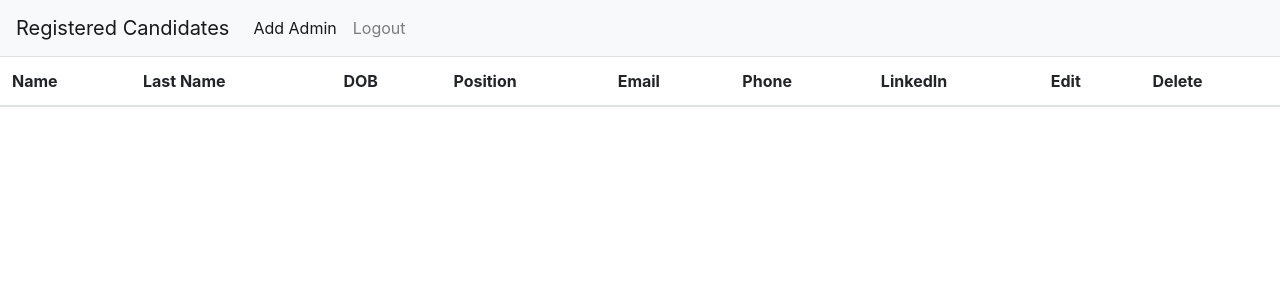
Repository: vinayvinay25794/RegistrationDemo
Page: http://localhost/allRegistrations
An editor plug-in stored every save of this project. The page is shown before and after the next save, followed by the edit.
The browser window is 1280 px wide. The pictures show the whole page.
Some web libraries are served in a nearby version. The page is this project's Thymeleaf template; nobody is signed in. The template is opened directly, without the code that normally fills it, so the values that code supplies are empty.

Above is the page before, as saved 2021-03-18 12:58:52.

### Hibernate/src/main/resources/templates/allRegistrations.html
<!DOCTYPE html>
<html xmlns:th="http://www.thymeleaf.org">
<head>
<meta charset="ISO-8859-1">
<title>Registration</title>
<link rel="stylesheet" href="https://maxcdn.bootstrapcdn.com/bootstrap/4.0.0/css/bootstrap.min.css" integrity="sha384-Gn5384xqQ1aoWXA+058RXPxPg6fy4IWvTNh0E263XmFcJlSAwiGgFAW/dAiS6JXm" crossorigin="anonymous">
<script src="https://code.jquery.com/jquery-3.2.1.slim.min.js" integrity="sha384-KJ3o2DKtIkvYIK3UENzmM7KCkRr/rE9/Qpg6aAZGJwFDMVNA/GpGFF93hXpG5KkN" crossorigin="anonymous"></script>
<script src="https://cdnjs.cloudflare.com/ajax/libs/popper.js/1.12.9/umd/popper.min.js" integrity="sha384-ApNbgh9B+Y1QKtv3Rn7W3mgPxhU9K/ScQsAP7hUibX39j7fakFPskvXusvfa0b4Q" crossorigin="anonymous"></script>
<script src="https://maxcdn.bootstrapcdn.com/bootstrap/4.0.0/js/bootstrap.min.js" integrity="sha384-JZR6Spejh4U02d8jOt6vLEHfe/JQGiRRSQQxSfFWpi1MquVdAyjUar5+76PVCmYl" crossorigin="anonymous"></script>
</head>
<body>

 	<nav class="navbar navbar-expand-lg navbar-light bg-light">
  <a class="navbar-brand" href="#" th:href="@{/}"> Registered Candidates </a>
  <button class="navbar-toggler" type="button" data-toggle="collapse" data-target="#navbarSupportedContent" aria-controls="navbarSupportedContent" aria-expanded="false" aria-label="Toggle navigation">
    <span class="navbar-toggler-icon"></span>
  </button>

  <div class="collapse navbar-collapse" id="navbarSupportedContent">
    <ul class="navbar-nav mr-auto">
      <li class="nav-item active">
        <a class="nav-link" href="/" th:href="@{/registration}">Add Admin <span class="sr-only">(current)</span></a>
      </li>
      <li class="nav-item">
        <a class="nav-link" th:href="@{/logout}">Logout</a>
      </li>
      </ul>
  </div>
</nav>


<!--
	<nav class="navbar navbar-inverse">
	  <div class="container-fluid">
	    <div class="navbar-header">
	      <button type="button" class="navbar-toggle " data-toggle="collapse" data-target="#navbar" arira-expanded="false" aria-contriols="navbar">
	        <span class="icon-bar"></span>
	        <span class="icon-bar"></span>
	        <span class="icon-bar"></span>
	      </button>
	      <a class="navbar-brand" href="#" th:href="@{/}">Registered Candidates </a>
	      </div>
	      <div class="navbar-collapse collapse">
	      <div class="nav navbar-nav navbar-right">
	       <ul class="nav navbar-nav">
            <li th:classappend="${module == 'home' ? 'active' : ''}">
              <a href="/" th:href="@{/registration}">Add Admin</a>
            </li>
            <li th:classappend="${module == 'tasks' ? 'active' : ''}">
              <a th:href="@{/logout}">Logout</a>
            </li>
          </ul>     -->
	      <!--  <div class="nav navbar-nav navbar-right">

					<span><a href="/" th:href="@{/registration}">
					<span class="glyphicon glyphicon-log-in" aria-hidden="true"></span>&nbsp;Add Admin
					</a></span>

				</div>

				<div id="navbar" class="nav navbar-nav navbar-right">
				<ul >

					<li sec:authorize="isAuthenticated()"><a th:href="@{/logout}">
					<span class="glyphicon glyphicon-log-in" aria-hidden="true"></span>&nbsp;Logout
					</a></li>
				</ul>

			</div>-->
	    </div>
	   </div>
	   </div>

	</nav>

	<table class="table table-hover">
    <thead>
        <tr>
            <th> Name </th>
           <th> Last Name </th>
            <th> DOB </th>
            <th> Position </th>
            <th> Email </th>
            <th> Phone </th>
            <th> LinkedIn </th>
            <th> Edit </th>
            <th> Delete </th>
        </tr>
    </thead>
    <tbody>
        <tr th:each="emp : ${allEmps}">
            <td><span th:text="${emp.firstName}"> firstName </span></td>
            <td><span th:text="${emp.lastName}"> lastName </span></td>
            <td><span th:text="${emp.dateOfBirth}"> dateOfBirth </span></td>
            <td><span th:text="${emp.applyingForPosition}"> applyingForPosition </span></td>
            <td><span th:text="${emp.emailId}"> emailId </span></td>
            <td><span th:text="${emp.phone}"> phone </span></td>
            <td><span th:text="${emp.LinkedIn}"> LinkedIn </span></td>
         	<td><a th:href="@{/edit/{id}(id=${emp.id})}">Edit</a></td>
           <!--   <td><a th:href="@{/delete/{id}(id=${emp.id})}">Delete</a></td> -->

            <td>

    <button type="button" class="btn btn-outline-light text-dark" data-toggle="modal"
    th:attr="data-target='#empDeleteModal'+${emp.id}">Delete</button>



	<div class="modal modal-warning fade in" th:id="empDeleteModal+${emp.id}" role="dialog">
	<div class="modal-dialog">
        <div class="modal-content">
            <div class="modal-header">
                <button type="button" class="close" data-dismiss="modal" aria-label="Close">
                    <span aria-hidden="true">×</span></button>
                <h5 class="modal-title">Delete User</h5>
            </div>
            <div class="modal-body">
                <h3>Are you sure want to delete this user?</h3>
            </div>
            <div class="modal-footer">
                <button type="button" class="btn btn-outline pull-left" data-dismiss="modal">Close</button>
                <a th:href="@{/delete/{id}(id=${emp.id})}">Delete</a>
            </div>
        </div>
    </div>
</div>


     <!-- Modal -->
     <!--
        <div class="modal fade" th:attr="id='empDeleteModal'+${emp.id}" tabindex="-1" role="dialog" aria-labelledby="empDeleteModalLabel" aria-hidden="true">
          <div class="modal-dialog" role="document">
            <div class="modal-content">
              <div class="modal-header">
                <h5 class="modal-title" id="empDeleteModalLabel">Delete Record</h5>
                <button type="button" class="close" data-dismiss="modal" aria-label="Close">
                  <span aria-hidden="true">&times;</span>
                </button>
              </div>
              <div class="modal-body">
                Are you sure you want to delete this record?
              </div>
              <div class="modal-footer">
                <button type="button" class="btn btn-secondary" data-dismiss="modal">No</button>
                <a href="allRegistrations.html" class="btn btn-primary" th:href="@{/delete/{id}(id=${emp.id})}">Yes</a>
              </div>
            </div>
          </div>
        </div>    -->
        <!-- Modal end -->

    </td>

        </tr>
    </tbody>
</table>


				<!--  <div>
					<span><a href="/" th:href="@{/registration}">Add Admin</a></span>
				</div>-->
				<!--  <div id="navbar" class="collapse navbar-collapse">
				<ul class="nav navbar-nav">
					<li sec:authorize="isAuthenticated()"><a th:href="@{/logout}">Logout</a></li>
				</ul>
			</div>-->
			<!--  <div id="navbar" class="collapse navbar-collapse">
				<ul class="nav navbar-nav">
					<li sec:authorize="isAuthenticated()"><a th:href="@{/logout}">Logout</a></li>
				</ul>
			</div>-->

</body>
</html>

After the next save:
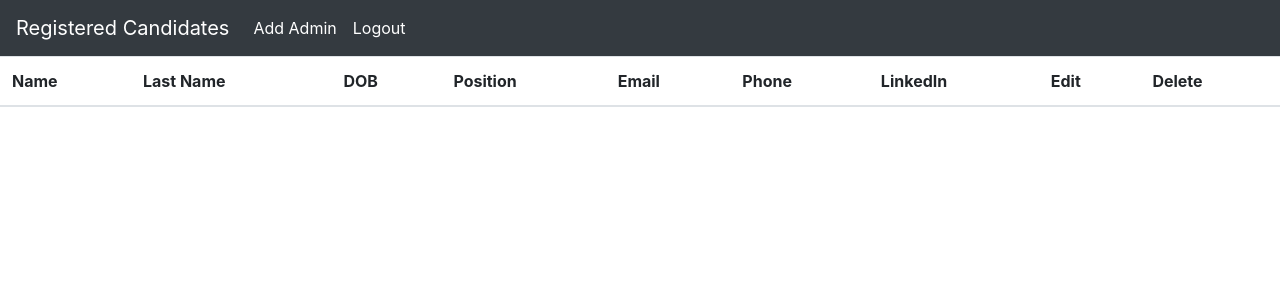
Saved 3 min 9 s later.
--- a/Hibernate/src/main/resources/templates/allRegistrations.html
+++ b/Hibernate/src/main/resources/templates/allRegistrations.html
@@ -10,7 +10,7 @@
 </head>
 <body>
 
- 	<nav class="navbar navbar-expand-lg navbar-light bg-light">
+ 	<nav class="navbar navbar-expand-lg navbar-dark bg-dark">
   <a class="navbar-brand" href="#" th:href="@{/}"> Registered Candidates </a>
   <button class="navbar-toggler" type="button" data-toggle="collapse" data-target="#navbarSupportedContent" aria-controls="navbarSupportedContent" aria-expanded="false" aria-label="Toggle navigation">
     <span class="navbar-toggler-icon"></span>
@@ -21,7 +21,7 @@
       <li class="nav-item active">
         <a class="nav-link" href="/" th:href="@{/registration}">Add Admin <span class="sr-only">(current)</span></a>
       </li>
-      <li class="nav-item">
+      <li class="nav-item active">
         <a class="nav-link" th:href="@{/logout}">Logout</a>
       </li>
       </ul>
